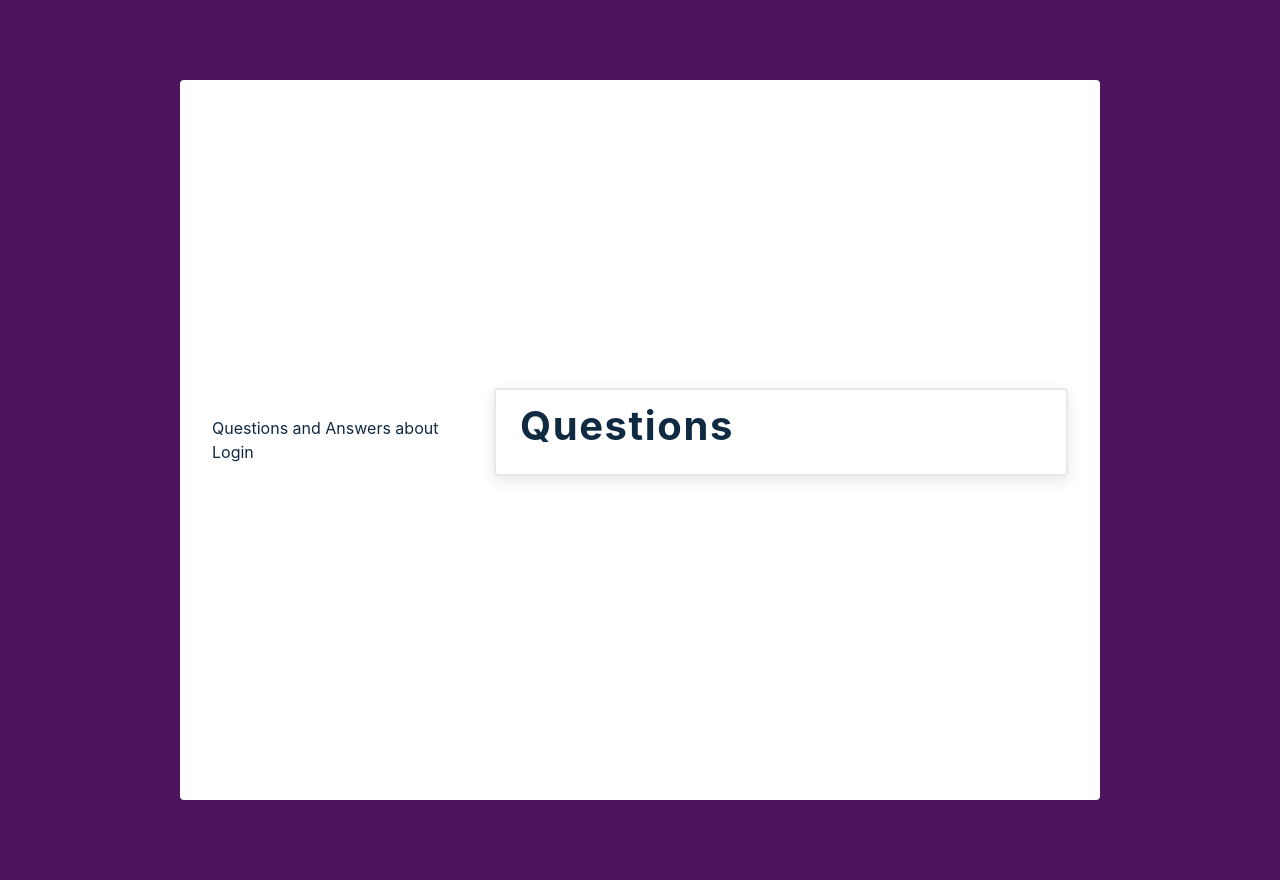
Repository: Reghanoid/Accordion
Page: /
These files come from the project's save history. The page is drawn as it stood at one moment and after the next save; the edit follows.
The browser window is 1280 px wide. The pictures show the whole page.
The project was rebuilt for these pictures with package versions that can differ from the ones it lists, and the page was loaded fresh each time.

Above is the page before, as saved 2022-06-06 15:25:48.

### src/App.js
import React, { useState } from 'react'
import data from './data'
import SingleQuestion from './Question'
function App() {
  return (
    <main className='container'>
      <header>Questions and Answers about Login</header>
      <section>
        <header className='question'>
          <SingleQuestion />
        </header>
      </section>
    </main>
  )
}

export default App

### src/data.js
const questions = [
  {
    id: 1,
    title: 'Do I have to allow the use of cookies?',
    info:
      'Unicorn vinyl poutine brooklyn, next level direct trade iceland. Shaman copper mug church-key coloring book, whatever poutine normcore fixie cred kickstarter post-ironic street art.',
  },
  {
    id: 2,
    title: 'How do I change my My Page password?',
    info:
      'Coloring book forage photo booth gentrify lumbersexual. Migas chillwave poutine synth shoreditch, enamel pin thundercats fashion axe roof party polaroid chartreuse.',
  },
  {
    id: 3,
    title: 'What is BankID?',
    info:
      'Enamel pin fam sustainable woke whatever venmo. Authentic asymmetrical put a bird on it, lumbersexual activated charcoal kinfolk banjo cred pickled sartorial.',
  },
  {
    id: 4,
    title: 'Whose birth number can I use?',
    info:
      'Edison bulb direct trade gentrify beard lo-fi seitan sustainable roof party franzen occupy squid. Knausgaard cronut succulents, scenester readymade shabby chic lyft. Copper mug meh vegan gentrify.',
  },
  {
    id: 5,
    title: 'When do I recieve a password ordered by letter?',
    info:
      'Locavore franzen fashion axe live-edge neutra irony synth af tilde shabby chic man braid chillwave waistcoat copper mug messenger bag. Banjo snackwave blog, microdosing thundercats migas vaporware viral lo-fi seitan ',
  },
]
export default questions

### src/Question.js
import React, { useState } from 'react'
import { AiOutlineMinus, AiOutlinePlus } from 'react-icons/ai'
const Question = (props) => {
  const [expand, setExpand] = useState(false)

  return (
    <>
      <h2>Questions</h2>
    </>
  )
}

export default Question

Loaded but not shown: public/index.html (common file); src/index.js (common file); src/index.css (common file)

After the next save:
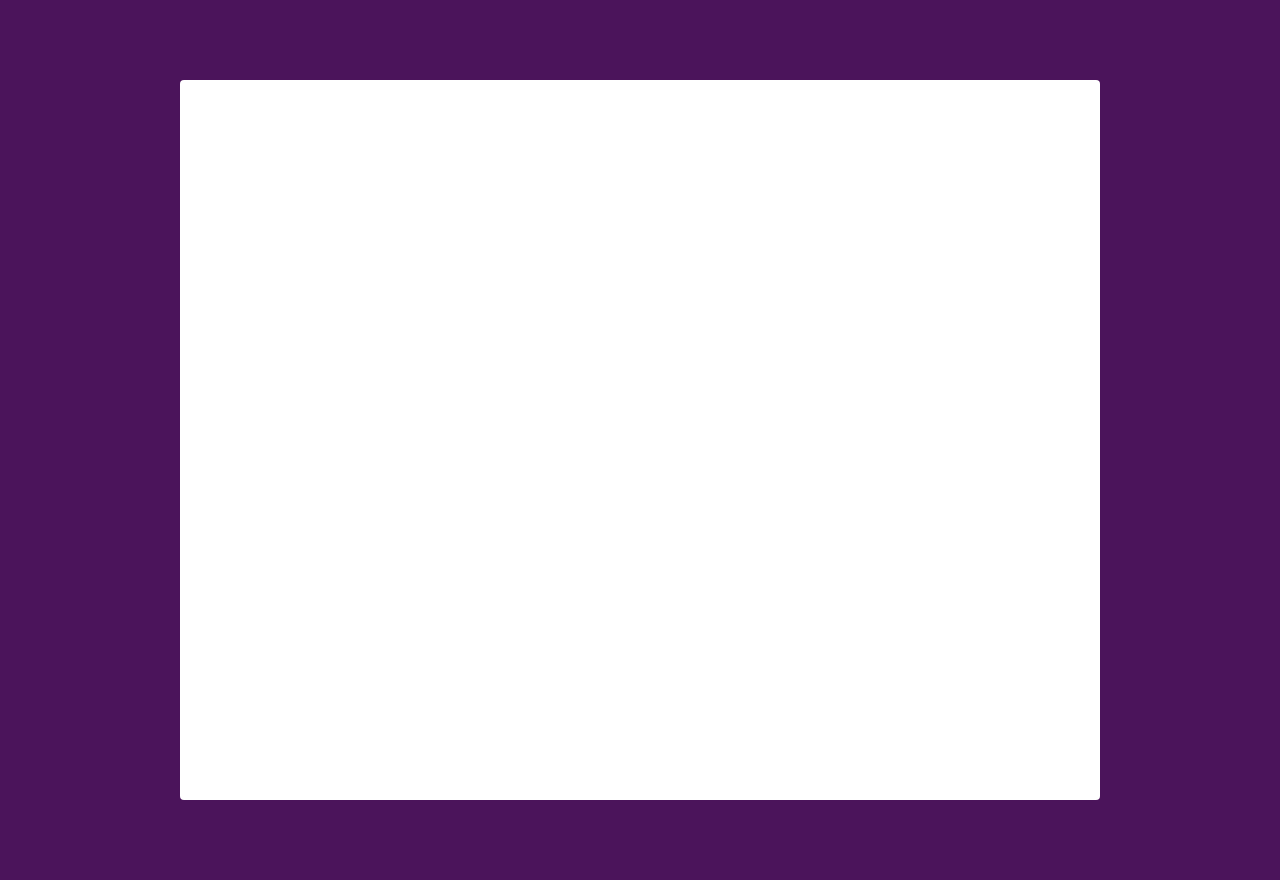
Saved 5 min 21 s later.
--- a/src/App.js
+++ b/src/App.js
@@ -2,16 +2,11 @@ import React, { useState } from 'react'
 import data from './data'
 import SingleQuestion from './Question'
 function App() {
-  return (
-    <main className='container'>
-      <header>Questions and Answers about Login</header>
-      <section>
-        <header className='question'>
-          <SingleQuestion />
-        </header>
-      </section>
-    </main>
-  )
+  const question = data.map((datum) => {
+    const { key, title, info } = datum
+    return <SingleQuestion id={key} title={title} info={info} />
+  })
+  return <main className='container'></main>
 }
 
 export default App
